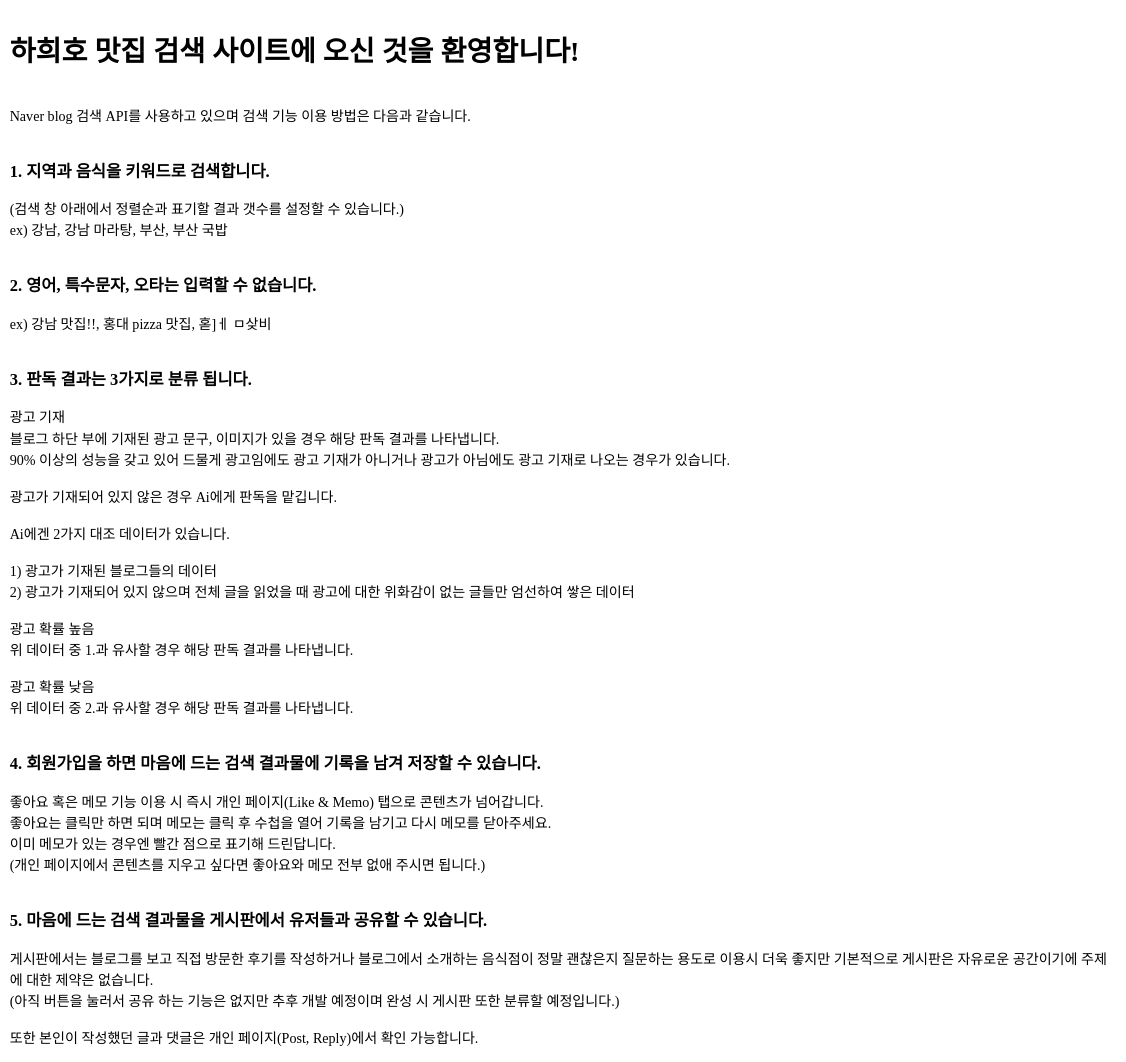
Repository: GOHO97/Haheeho
Page: http://localhost/Haheeho_Adblock/WEB-INF/views/main/main.jsp
An editor plug-in stored every save of this project. The page is shown before and after the next save, followed by the edit.
The browser window is 1280 px wide. The pictures show the whole page, at 88% of full size.
The page is served by Tomcat 9. Nobody is signed in. The template is opened directly, without the code that normally fills it, so the values that code supplies are empty.

Above is the page before, as saved 2022-11-11 05:13:13.

After the next save:
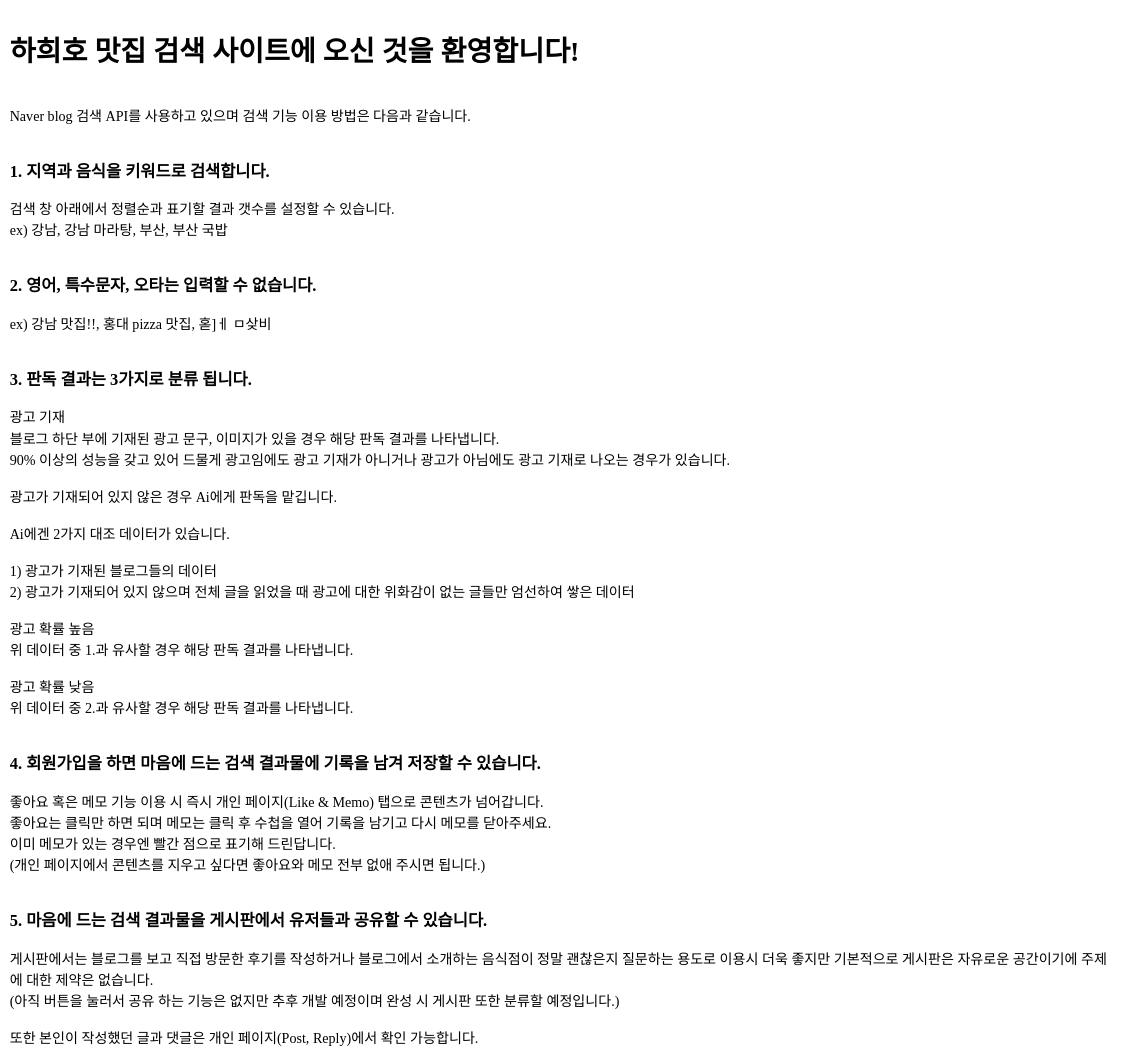
Saved 51 s later.
--- a/Haheeho_Adblock/src/main/webapp/WEB-INF/views/main/main.jsp
+++ b/Haheeho_Adblock/src/main/webapp/WEB-INF/views/main/main.jsp
@@ -17,7 +17,7 @@
 					Naver blog 검색 API를 사용하고 있으며 검색 기능 이용 방법은 다음과 같습니다.<br>
 					<br>
 					<h3>1. 지역과 음식을 키워드로 검색합니다.</h3>
-					(검색 창 아래에서 정렬순과 표기할 결과 갯수를 설정할 수 있습니다.)<br>
+					검색 창 아래에서 정렬순과 표기할 결과 갯수를 설정할 수 있습니다.<br>
 					ex) 강남, 강남 마라탕, 부산, 부산 국밥<br>
 					<br>
 					<h3>2. 영어, 특수문자, 오타는 입력할 수 없습니다.</h3>
